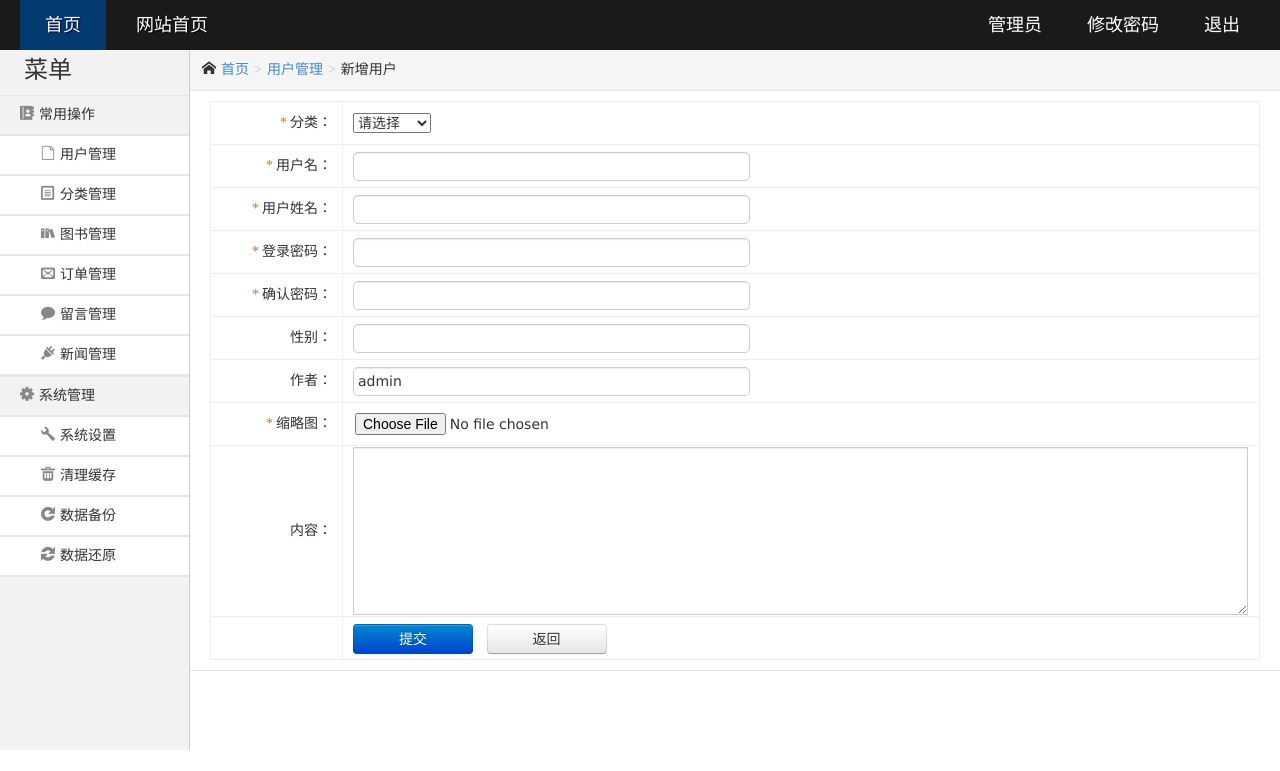
Repository: tianxiaohuahua/liuzhishop
Page: http://localhost/liuzhishop/manage/admin_useradd.jsp
The author's editor kept a copy of each file at every save. The page is drawn from the files as they stood at one save, then again after the next save.
The browser window is 1280 px wide. The pictures show the whole page.
The page is served by Tomcat 9.

Above is the page before, as saved 2021-02-21 12:11:03.

After the next save:
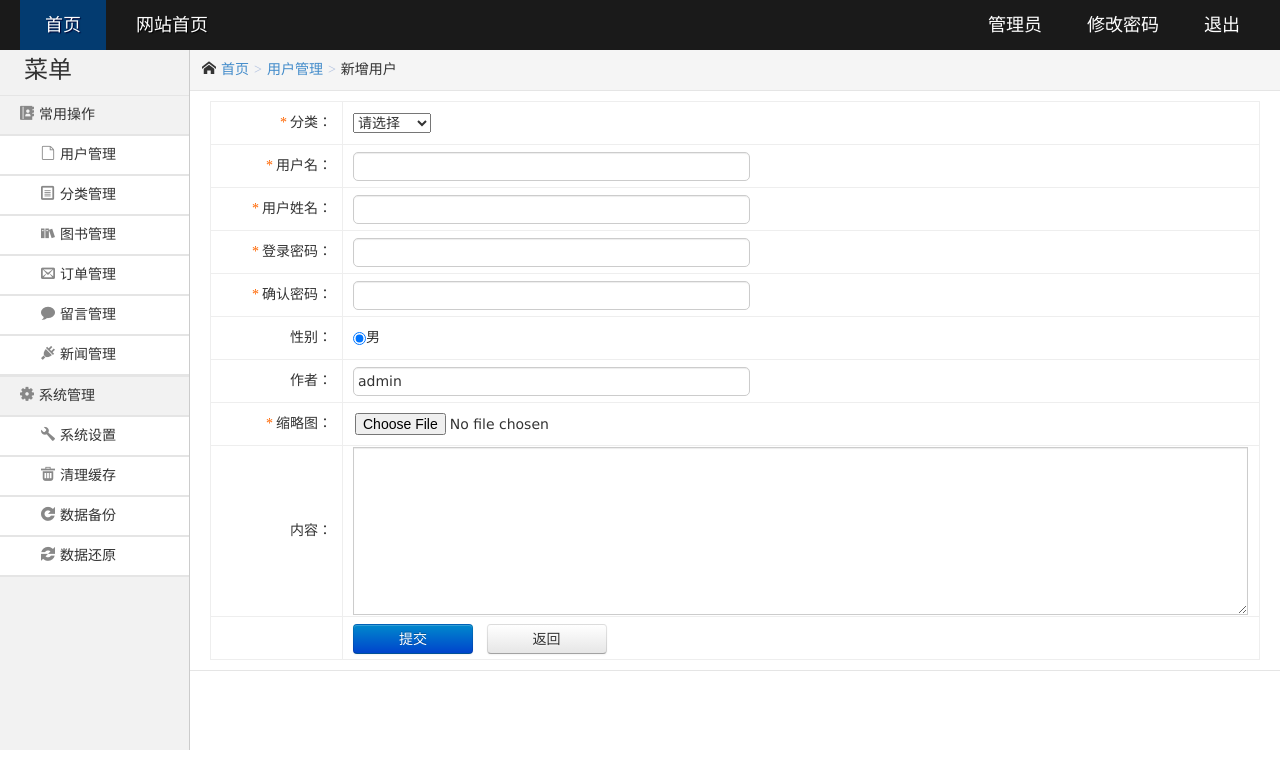
Saved 89 s later.
--- a/liuzhishop/WebContent/manage/admin_useradd.jsp
+++ b/liuzhishop/WebContent/manage/admin_useradd.jsp
@@ -51,7 +51,7 @@
                            <tr>
                                 <th>性别：</th>
                                 <td>
-                                    <input class="common-text required" id="title" name="rePassword" size="50" value="" type="text">
+                                    <input type="radio" name="sex" value="T" checked="checked">男
                                 </td>
                             </tr>
 
